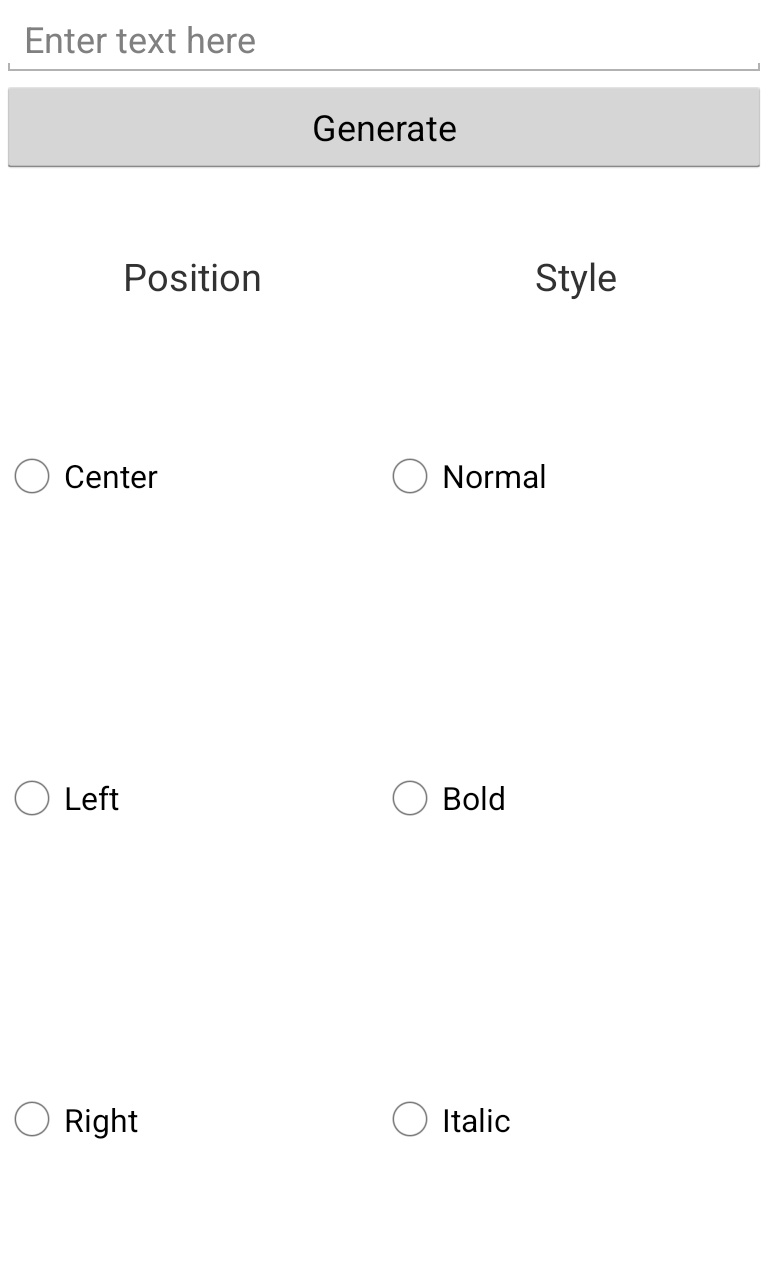
Repository: IgnacioRV/AndroidDev
Layout: ProjectYasuo/res/layout/adv_screen.xml
These files come from the project's save history. The layout is drawn as it stood at one moment and after the next save; the edit follows.
It is drawn on a 768 x 1280 px phone screen (xhdpi) without system bars, with theme AppTheme; the app's code is not run.

Above is the layout before, as saved 2016-01-27 10:31:26.

After the next save:
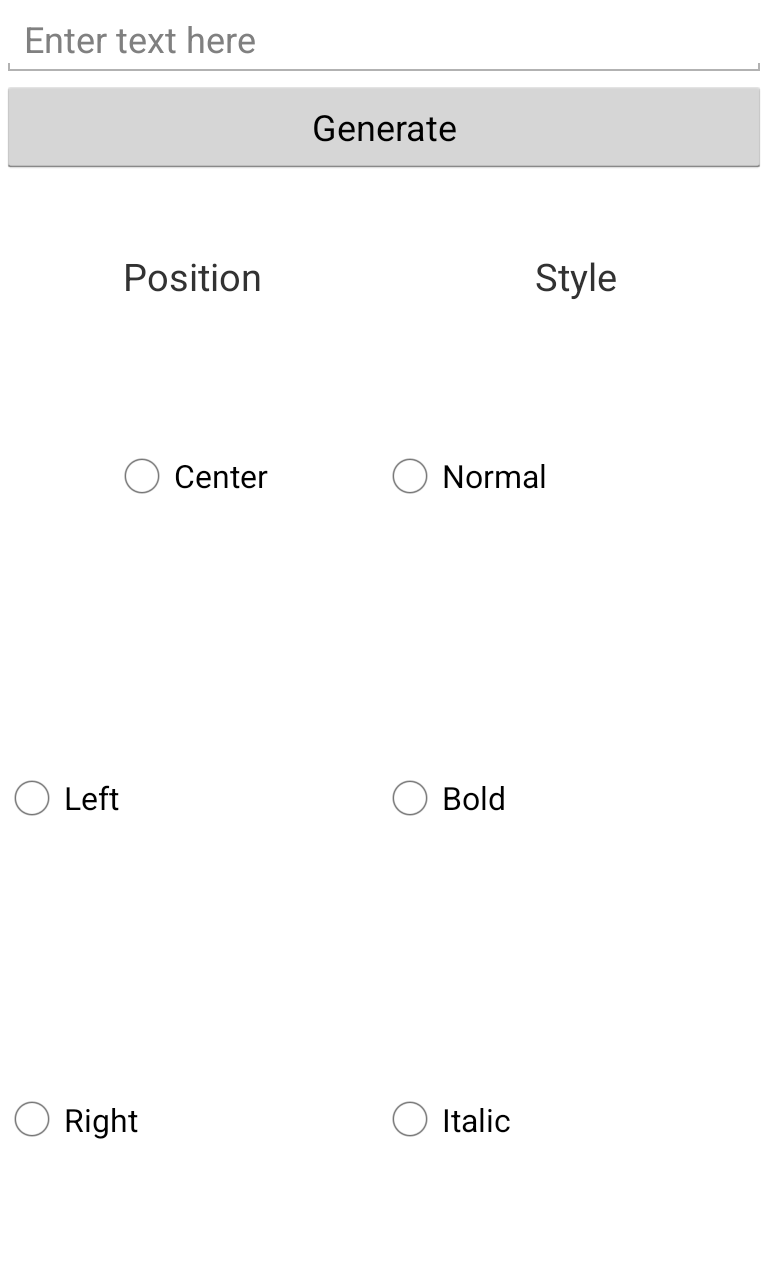
Saved 35 s later.
--- a/ProjectYasuo/res/layout/adv_screen.xml
+++ b/ProjectYasuo/res/layout/adv_screen.xml
@@ -69,7 +69,8 @@
                 android:layout_width="wrap_content"
                 android:layout_height="fill_parent"
                 android:layout_weight="1"
-                android:text="Center" />
+                android:text="Center"
+                android:layout_gravity="center"/>
 
             <RadioButton
                 android:id="@+id/rbLeft"

After the save that followed:
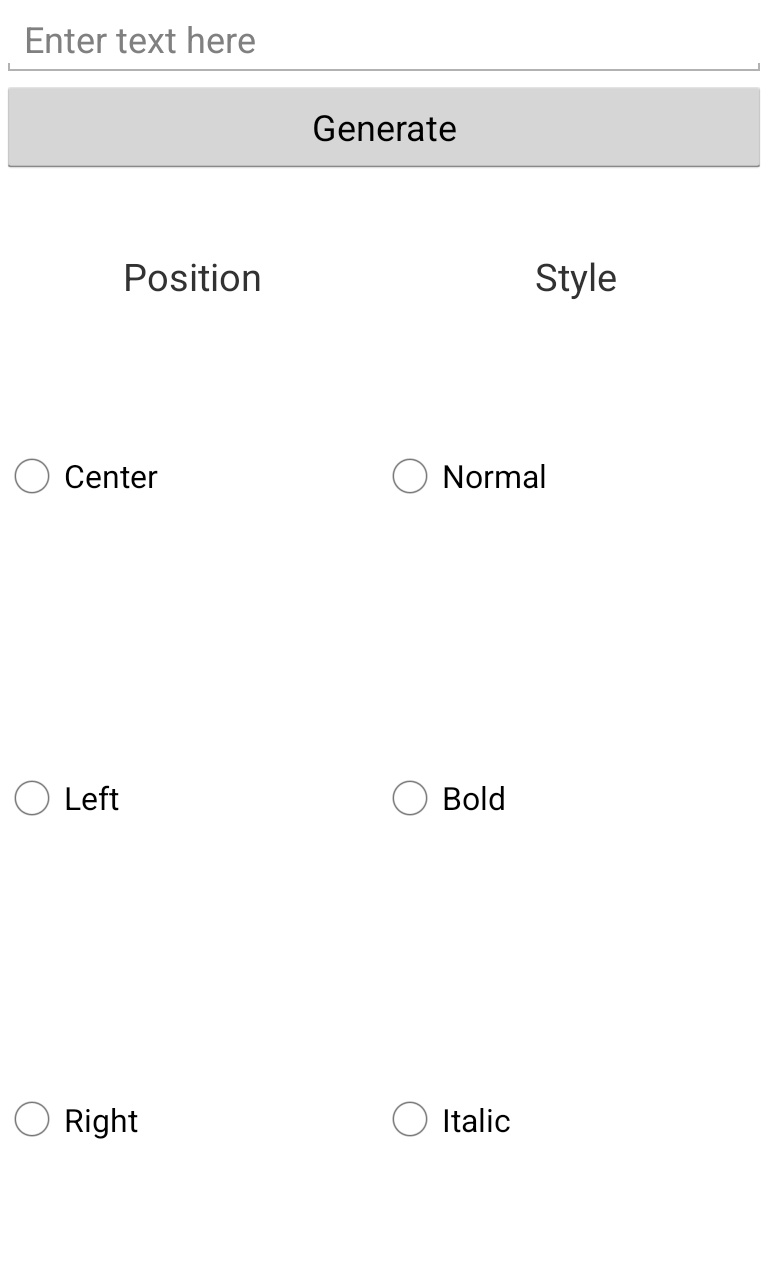
Saved 28 s later.
--- a/ProjectYasuo/res/layout/adv_screen.xml
+++ b/ProjectYasuo/res/layout/adv_screen.xml
@@ -69,8 +69,7 @@
                 android:layout_width="wrap_content"
                 android:layout_height="fill_parent"
                 android:layout_weight="1"
-                android:text="Center"
-                android:layout_gravity="center"/>
+                android:text="Center" />
 
             <RadioButton
                 android:id="@+id/rbLeft"
